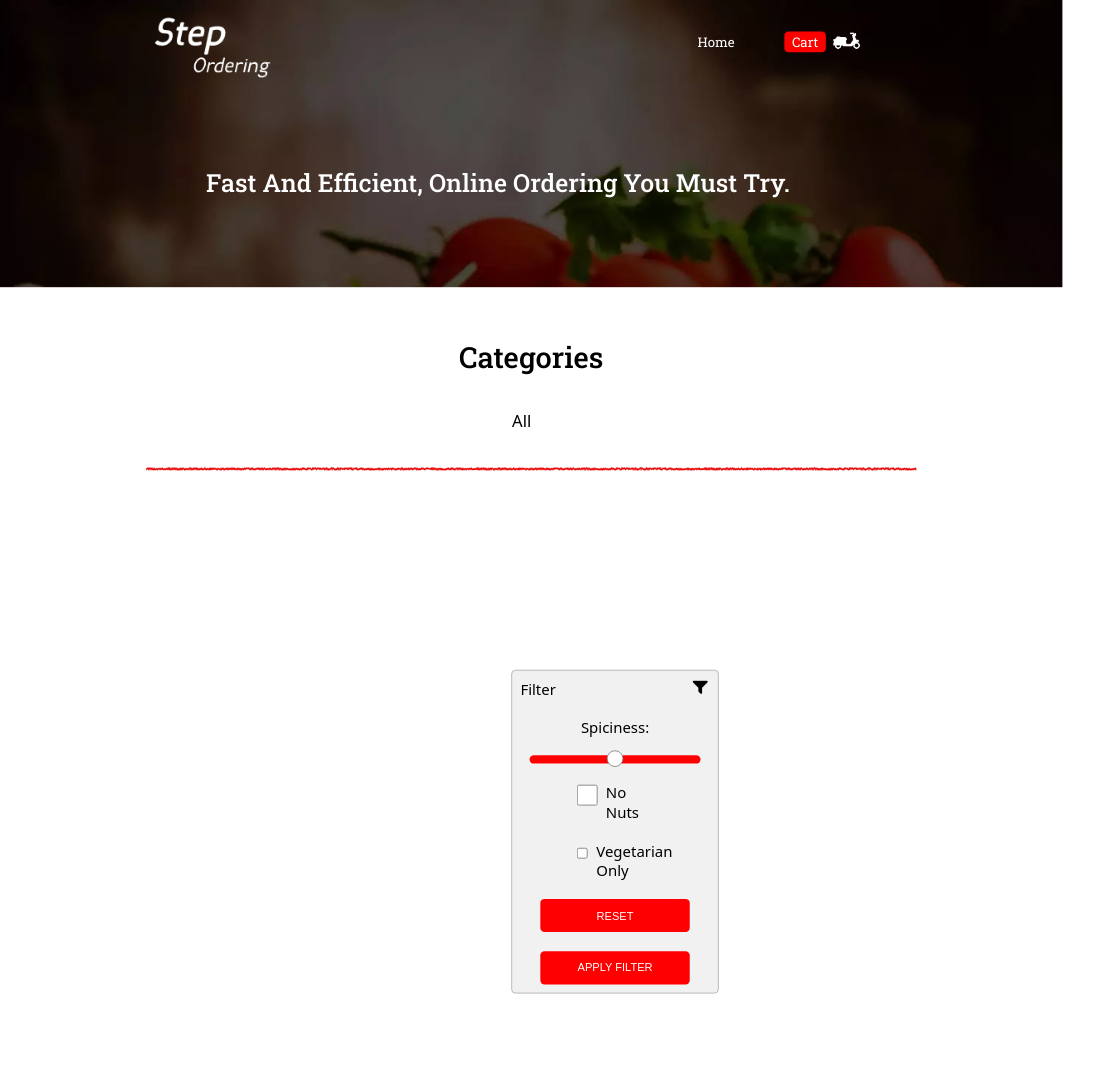
Repository: anastasia29-step/Online-Restaurant
Page: index.html
An editor plug-in stored every save of this project. The page is shown before and after the next save, followed by the edit.
The browser window is 1280 px wide. The page is 1340 px wide, so the pictures cover 1340 px, including what lies to the right of the window. The pictures show the whole page, at 83% of full size.
Some web libraries are served in a nearby version.

Above is the page before, as saved 2026-03-10 16:24:07.
Not found: app.js/

After the next save:
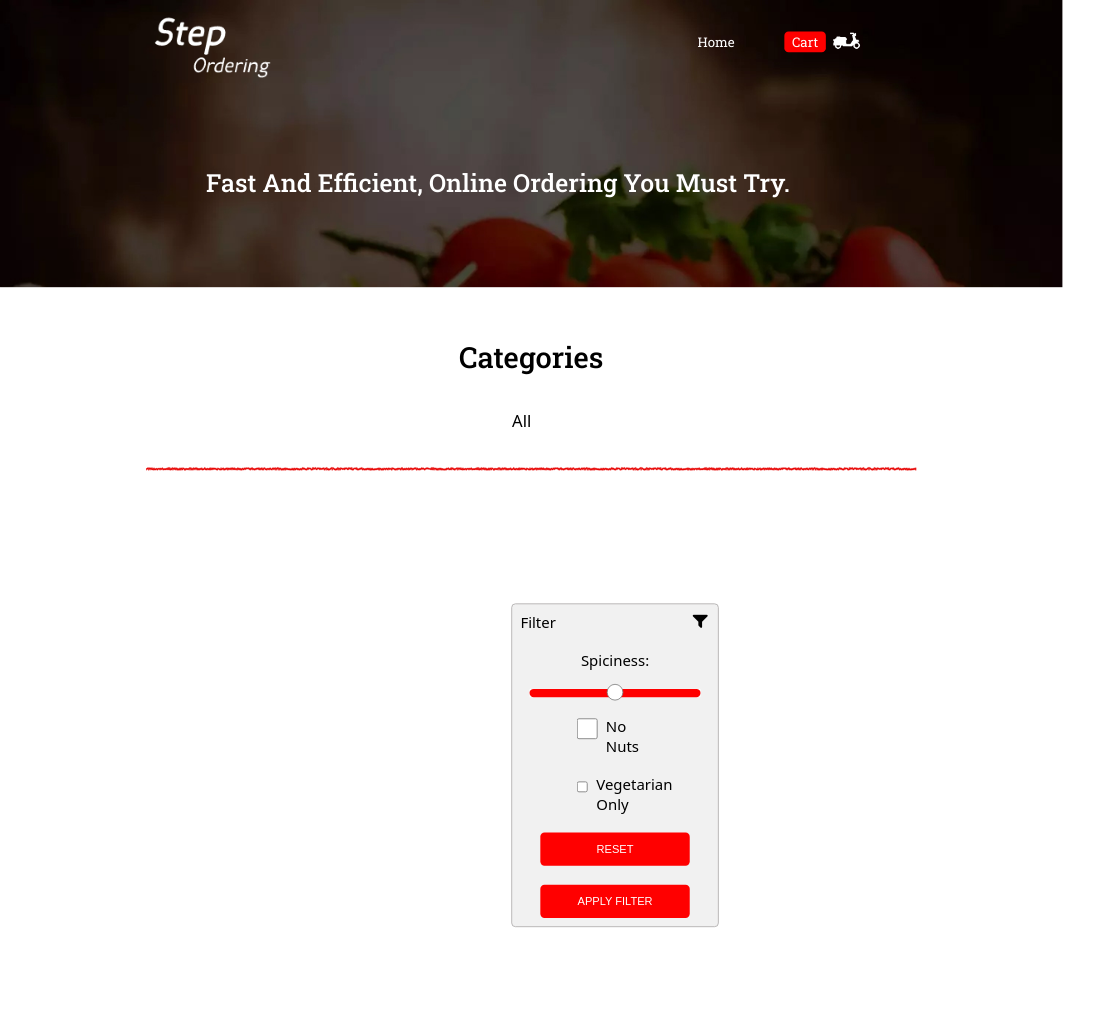
Saved 34 s later.
--- a/style.css
+++ b/style.css
@@ -16,7 +16,7 @@
 section.section img {
     width: 80%;
     height: 5px;
-    margin-bottom: 80px;
+    margin-bottom: 0px;
     display: flex;
     justify-content: center;
     align-items: center;
